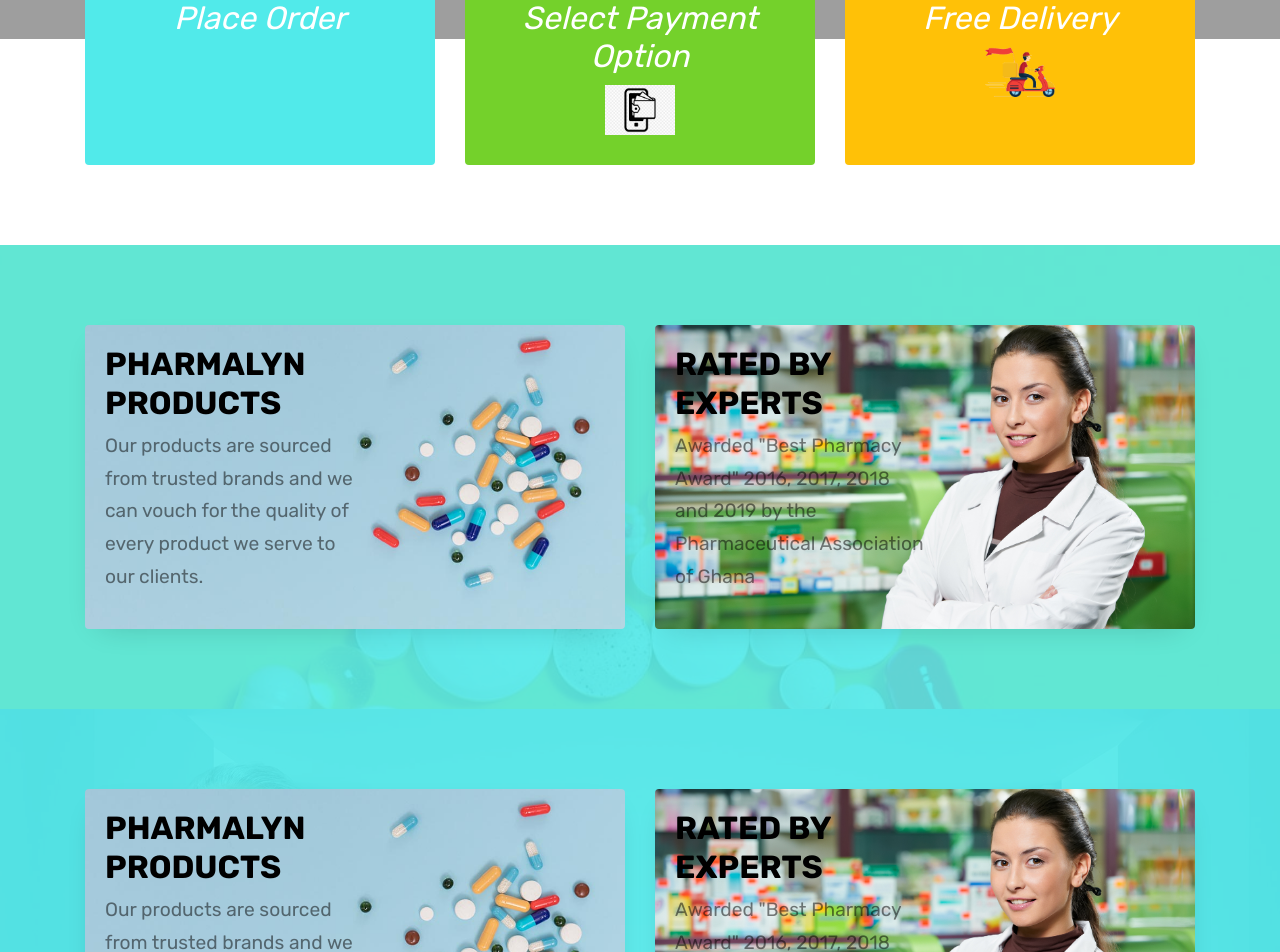
Repository: Nat-A/finalyearproject
Page: pharma/index - Copy.html
These files come from the project's save history. The page is drawn as it stood at one moment and after a run of saves; the edit follows.
The browser window is 1280 px wide. The pictures show the part of the page from y = 763 to 1715 px (the page is 2440 px tall).
Pictures or frames that could not be fetched are drawn as grey boxes.

Above is the page before, as saved 2020-06-03 13:32:18.

After the next 2 saves:
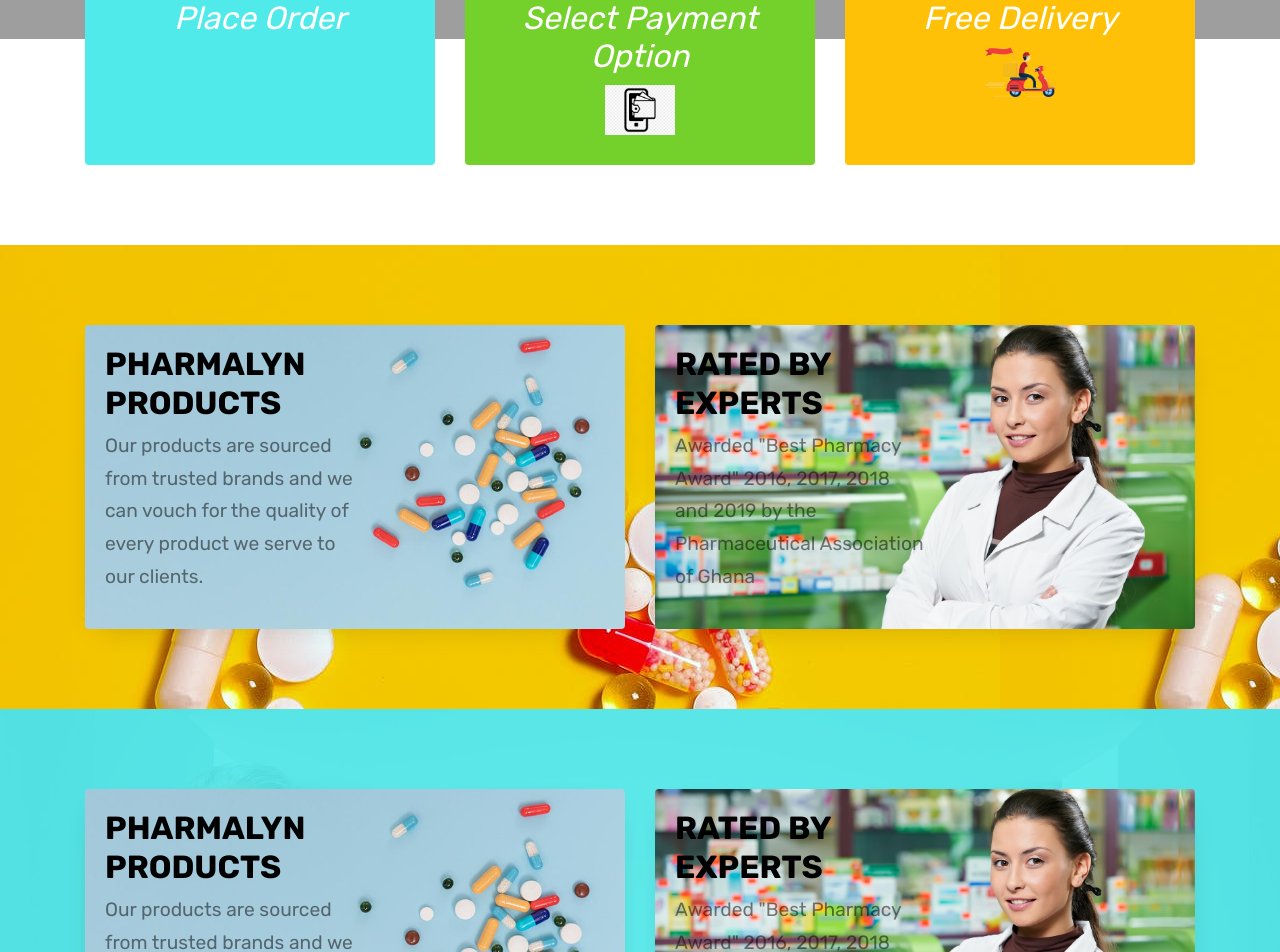
The 2 saves are shown as one change because they came seconds apart.
The last was saved 17 s later.
--- a/pharma/index - Copy.html
+++ b/pharma/index - Copy.html
@@ -133,7 +133,7 @@
 
 
         <!-- site ad -->
-        <div class="site-section bg-secondary bg-image " style="background-image: url( 'images/bg.jpeg'); ">
+        <div class="site-section" style="background-image: url( 'images/bg.jpeg'); ">
             <div class="container ">
                 <div class="row align-items-stretch ">
                     <div class="col-lg-6 mb-5 mb-lg-0 ">
